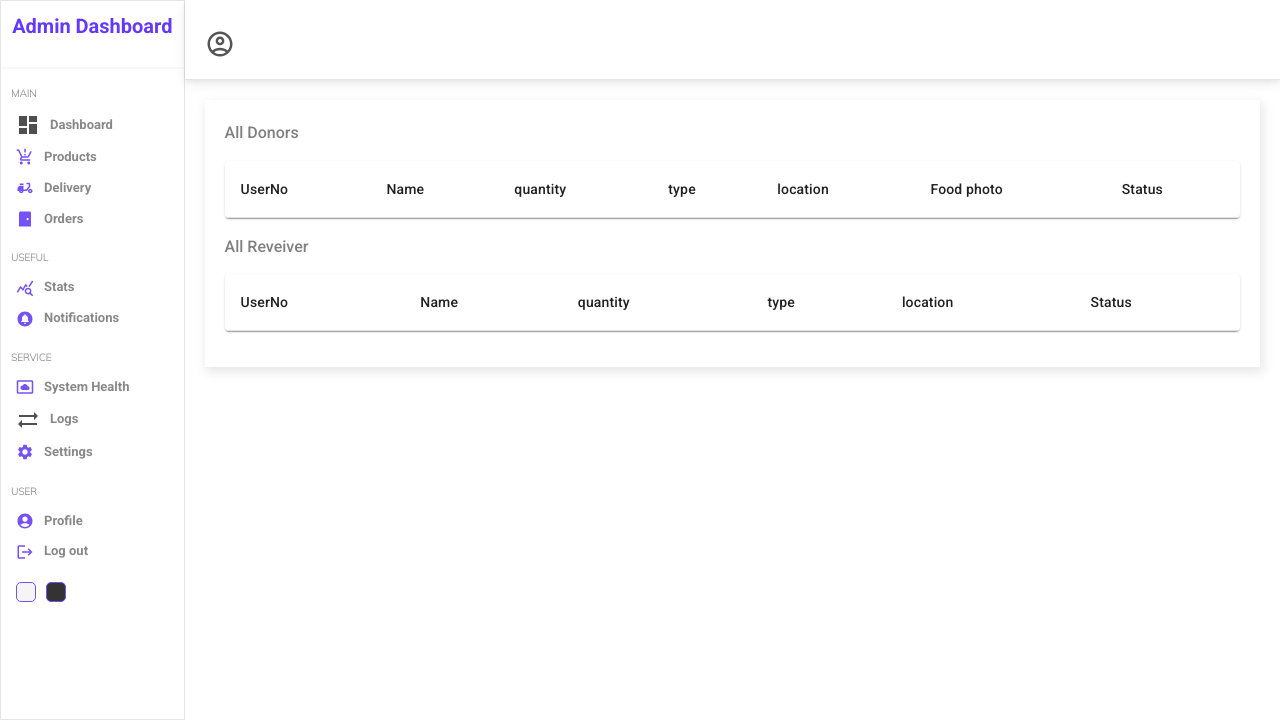
Repository: psbro/beta03_hackoverdose
Page: /dashboard/admin (app in frontend/annaseva/)
An editor plug-in stored every save of this project. The page is shown before and after the next save, followed by the edit.
The browser window is 1280 px wide. The pictures show the whole page.
The page's requests for data from a server got no answer. The project was rebuilt for these pictures with package versions that can differ from the ones it lists, and the page was loaded fresh each time. No one was signed in, and anything a server would have sent is missing. Also part of the build but not shown: frontend/annaseva/src/Home/components/Nav.js, frontend/annaseva/src/Home/components/main_box/Main_box.jsx, frontend/annaseva/src/Home/components/main__components/Main__components.jsx, frontend/annaseva/src/Home/pages/Main.jsx, frontend/annaseva/src/Home/components/Aim/Aim__components.jsx, frontend/annaseva/src/Home/pages/Aim.jsx, frontend/annaseva/src/Home/components/gallery__components/Gallery__components.jsx, frontend/annaseva/src/Home/pages/Gallery.jsx and 38 more.

Above is the page before, as saved 2022-12-04 00:20:21.

### frontend/annaseva/src/dashboard__user/Dashboard__user.jsx
import React from 'react'
// import Home from "../../src/dashboard__user/pages/home/Home"
import Home from "./pages/home/Home"

const Dashboard__user = () => {
    return (
        <div>
            <Home />
        </div>
    )
}

export default Dashboard__user

### frontend/annaseva/src/Home/Home.scss
// Imports
 @import url('https://fonts.googleapis.com/css2?family=Abril+Fatface&family=DM+Sans:ital,wght@0,400;0,500;0,700;1,400;1,500&family=Lato:wght@400;700&family=Lobster&family=Montserrat:ital,wght@0,100;0,300;0,400;0,800;1,100&family=Mulish:wght@200&family=Noto+Sans:ital,wght@1,200&family=Nunito:ital,wght@0,200;0,300;0,400;0,500;0,700;0,800;0,900;1,200;1,300;1,400;1,500;1,600;1,700;1,800;1,900&family=Oswald:wght@200;300;400&family=PT+Serif&family=Poppins:ital,wght@0,200;0,600;1,500&family=Quicksand:wght@300;400;500;600;700&family=Roboto:ital,wght@0,100;0,300;0,400;1,300&family=Spline+Sans:wght@300&display=swap');

// Variables
$heading: 'Roboto', sans-serif;
$sub-heading:  'Mulish', sans-serif;
$button: "Saira Condensed",
sans-serif;



:root {
    --heading-size      : 64px;
    --sub-heading-size  : 20px;
    // --main-color: #edbb5f;
    --main-color        : #8D775F;

    // --secondary-color: #644204;
    --secondary-color   : #F1F0CC;
    --black             : #fff;
    --white             : #8D775F;
    --side-margin       : 10%;
    --top-margin        : 5%;
    --para-text         : #e5e5e5;

    // --secondary-color: #002626;
    // --secondary-color: #644204;
    // --main-color: #f0f7ee;
    // --main-color: #edbb5f;
    --duration    : 1s;
    --nav-duration: calc(var(--duration) / 4);
    --ease        : cubic-bezier(0.215, 0.61, 0.355, 1);
    --space       : 1rem;
    --font-primary: $sub-heading;
    --font-heading: $heading;
    --font-size   : 1.125rem;
    --line-height : 1.5;

    @media screen and (max-width: 768px) {
        --side-margin: 5%;
    }
}

// Initialisation
* {
    margin    : 0;
    padding   : 0;
    box-sizing: border-box;
}

body {
    position        : relative;
    width           : 100%;
    min-height      : 100vh;
    overflow-x      : hidden;
    color           : var(--black);
    background-color: var(--white);
}

main {
    position: relative;
    width   : 100%;
}

h1 {
    font-family   : $heading;
    font-weight   : 700;
    text-transform: uppercase;
    font-size     : var(--heading-size);
    line-height   : 1.4em;

    @media screen and (max-width: 768px) {
        font-size: calc(var(--heading-size) * 0.6);
    }
}

h3 {
    font-family   : $sub-heading;
    font-weight   : 700;
    text-transform: uppercase;
    font-size     : var(--sub-heading-size);
    letter-spacing: 2px;
    line-height   : 1.8em;
}

p {
    font-family: $sub-heading;
    font-weight: 400;
    font-size  : var(--sub-heading-size);
    line-height: 1.8em;
}

@mixin button-style($color, $text-color) {
    border     : 3px solid $color;
    width      : 180px;
    height     : 50px;
    display    : grid;
    place-items: center;
    color      : var(--white);
    font-size  : var(--sub-heading-size);
    font-family: $button;
    margin-left: auto;
}

$green : #fca311;

// ::-webkit-scrollbar {
//     background: rgba($green, 0.2);
//     height    : 16px;
//     width     : 16px;

//     &:disabled {
//         background: transparent;
//     }
// }

// ::-webkit-scrollbar-track {
//     height: 20px;
//     width : 20px;
// }

// ::-webkit-scrollbar-thumb {
//     background   : rgba($green, 0.8);
//     border-radius: 20px;

//     &:hover {
//         background: rgba($green, 0.9);
//     }

//     &:active {
//         background: rgba($green, 1);
//     }
// }

// ::-webkit-scrollbar-thumb:window-inactive {
//     background: rgba($green, 0.2);
// }

### frontend/annaseva/src/dashboard__user/pages/home/Home.jsx
import React from 'react'
import Chart from '../../components/chart/Chart'
import Featured from '../../components/featured/Featured'
import Nav from '../../components/navbar/Nav'
import Sidebar from '../../components/sidebar/Sidebar'
import TableX from '../../components/Table/Table'
import TableX2 from '../../components/Table/Table2'
import Widget from '../../components/widgets/Widget'
import './Home.scss'

const Home = () => {
  return (
    <>
      <div className="home">
        <Sidebar />
        <div className="homeContainer">
          <Nav />

          {/* <div className="widgets">
            <Widget type="user" />
            <Widget type="order" />
            <Widget type="earning" />
            <Widget type="balance" />
          </div> */}
{/*
          <div className="charts">
            <Featured />
            <Chart title="Last 2 quarters (Revenue)" aspect={2 / 1} />
          </div> */}

          <div className="listContainer">
            <div className="listTitle">All Donors</div>
            <TableX />
            <div className="listTitle">All Reveiver</div>
            <TableX2 />

          </div>
        </div>
      </div>
    </>
  )
}

export default Home

### frontend/annaseva/src/dashboard/pages/home/Home.scss
.home {
    display: flex;

    .homeContainer {
        flex: 6;

        .widgets,
        .charts {
            display: flex;
            padding: 20px;
            gap    : 20px;
        }

        .charts {
            padding: 5px 20px;
        }

        .listContainer {
            padding   : 20px;
            margin    : 20px;
            box-shadow: 2px 4px 10px 1px rgba(201, 201, 201, 0.47);

            .listTitle {
                font-weight  : 500;
                color        : gray;
                margin-bottom: 15px;
            }
        }
    }
}

### frontend/annaseva/src/dashboard__user/components/navbar/Nav.jsx
import React from 'react'
import './Nav.scss'
import SearchIcon from '@mui/icons-material/Search';
import LanguageIcon from '@mui/icons-material/Language';
import DarkModeOutlinedIcon from '@mui/icons-material/DarkModeOutlined';
import FullscreenExitOutlinedIcon from '@mui/icons-material/FullscreenExitOutlined';
import NotificationsNoneOutlinedIcon from '@mui/icons-material/NotificationsNoneOutlined';
import ChatBubbleOutlineOutlinedIcon from '@mui/icons-material/ChatBubbleOutlineOutlined';
import ListOutlinedIcon from '@mui/icons-material/ListOutlined';
import AccountCircleOutlinedIcon from '@mui/icons-material/AccountCircleOutlined';


const Nav = () => {
  return (
    <div className="navbar">
      <div className="wrapper">



        <div className="items">



          {/* <div className="item">
            <DarkModeOutlinedIcon className="icon" />
          </div>

          <div className="item">
            <FullscreenExitOutlinedIcon className="icon" />
          </div>

          <div className="item">
            <NotificationsNoneOutlinedIcon className="icon" />
            <div className="counter">1</div>
          </div>

          <div className="item">
            <ChatBubbleOutlineOutlinedIcon className="icon" />
            <div className="counter">2</div>
          </div>

          <div className="item">
            <ListOutlinedIcon className="icon" />
          </div> */}

          <div className="item">
            <AccountCircleOutlinedIcon className="avatar" />
          </div>


        </div>


      </div>
    </div>
  )
}

export default Nav

### frontend/annaseva/src/dashboard__user/components/sidebar/Sidebar.jsx
import React from 'react'
import './Sidebar.scss'
import DashboardIcon from '@mui/icons-material/Dashboard';
import PeopleOutlineOutlinedIcon from '@mui/icons-material/PeopleOutlineOutlined';
import ProductionQuantityLimitsIcon from '@mui/icons-material/ProductionQuantityLimits';
import DeliveryDiningIcon from '@mui/icons-material/DeliveryDining';
import QueryStatsIcon from '@mui/icons-material/QueryStats';
import CircleNotificationsIcon from '@mui/icons-material/CircleNotifications';
import SettingsSystemDaydreamIcon from '@mui/icons-material/SettingsSystemDaydream';
import SyncAltIcon from '@mui/icons-material/SyncAlt';
import SettingsIcon from '@mui/icons-material/Settings';
import AccountCircleIcon from '@mui/icons-material/AccountCircle';
import LogoutIcon from '@mui/icons-material/Logout';
import SensorDoorIcon from '@mui/icons-material/SensorDoor';
import { Link } from 'react-router-dom';

const Sidebar = () => {
    return (

        <div className="sidebar">

            <div className="top">

                <Link to="/dashboard/user" style={{ textDecoration: "none" }}>
                    <span className="logo">Admin Dashboard</span>
                </Link>

            </div>

            <hr />

            <div className="center">
                <ul>
                    <p className="title">MAIN</p>
                    <li>
                        <DashboardIcon />
                        <span>Dashboard</span>
                    </li>




                    <Link to="/products" style={{ textDecoration: "none" }}>
                        <li>
                            <ProductionQuantityLimitsIcon className="icon" />
                            <span>Products</span>
                        </li>
                    </Link>


                    <li>
                        <DeliveryDiningIcon className="icon" />
                        <span>Delivery</span>
                    </li>

                    <li>
                        <SensorDoorIcon className="icon" />
                        <span>Orders</span>
                    </li>


                    <p className="title">USEFUL</p>

                    <li>
                        <QueryStatsIcon className="icon" />
                        <span>Stats</span>
                    </li>


                    <li>
                        <CircleNotificationsIcon className="icon" />
                        <span>Notifications</span>
                    </li>

                    <p className="title">SERVICE</p>

                    <li>
                        <SettingsSystemDaydreamIcon className="icon" />
                        <span>System Health</span>
                    </li>


                    <li>
                        <SyncAltIcon />
                        <span>Logs</span>
                    </li>

                    <li>
                        <SettingsIcon className="icon" />
                        <span>Settings</span>
                    </li>

                    <p className="title">USER</p>

                    <li>
                        <AccountCircleIcon className="icon" />
                        <span>Profile</span>
                    </li>

                    <li>
                        <LogoutIcon className="icon" />
                        <span>Log out</span>
                    </li>
                </ul>
            </div>

            <div className="bottom">
                <div className="colorOption"></div>
                <div className="colorOption"></div>
            </div>

        </div>

    )
}

export default Sidebar

### frontend/annaseva/src/dashboard__user/components/Table/Table2.jsx
import React from 'react'
import './table.scss'
import Table from '@mui/material/Table';
import TableBody from '@mui/material/TableBody';
import TableCell from '@mui/material/TableCell';
import TableContainer from '@mui/material/TableContainer';
import TableHead from '@mui/material/TableHead';
import TableRow from '@mui/material/TableRow';
import Paper from '@mui/material/Paper';
import axios from 'axios';
import { useEffect } from 'react';
import { Pending } from '@mui/icons-material';
import Button from '@mui/material/Button';




const TableX2 = () => {


    const [data, setData] = React.useState([]);
    const handleupdate= async (data)=>{
        let long = {
            receiverNo: data,
            isVerify: "Yes"
        }
        let info = await axios.put(`http://localhost:8000/receiver/update`, long);
        alert("updated sucessfully")
        window.location.reload();

    }
    const loadData = async () => {
        let info = await axios.get(`http://localhost:8000/receiver/all`);
        setData(info.data);
        console.log(data)
    }
    useEffect(() => {
        loadData()
    }, '')

    return (
        <div className='table'>
            <TableContainer component={Paper} className="table">
                <Table sx={{ minWidth: 650 }} aria-label="simple table">
                    <TableHead>
                        <TableRow>
                            <TableCell className='tableCell'>UserNo</TableCell>
                            <TableCell className='tableCell'>Name</TableCell>
                            <TableCell className='tableCell'>quantity</TableCell>
                            <TableCell className='tableCell'>type</TableCell>
                            <TableCell className='tableCell'>location</TableCell>
                            {/* <TableCell className='tableCell'>Payment Method</TableCell> */}
                            <TableCell className='tableCell'>Status</TableCell>
                        </TableRow>
                    </TableHead>
                    <TableBody>
                        {data.map((row) => (
                            <TableRow
                                key={row.id}
                            >
                                {/* <TableCell>{row.id}</TableCell> */}
                                <TableCell className='tableCell'>{row.userNo}</TableCell>
                                <TableCell className='tableCell'>{row.name}</TableCell>
                                <TableCell className='tableCell'>{row.quantity}</TableCell>

                                <TableCell className='tableCell'>{row.type}</TableCell>
                                <TableCell className='tableCell'>{row.location}</TableCell>
                                {/* <TableCell className='tableCell'>{row.method}</TableCell> */}
                                <TableCell className='tableCell'>
                                    {row.isVerify=="No" && <Button  onClick={()=>handleupdate(row.receiverNo)} >Verify</Button>}
                                    {row.isVerify=="Yes" && <span className={`status Approved`}>Approved</span>}
                                    {/* <span className={`status Pending`}>{row.isVerify}</span> */}
                                </TableCell>
                            </TableRow>
                        ))}
                    </TableBody>
                </Table>
            </TableContainer>
        </div>
    )
}

export default TableX2;

### frontend/annaseva/src/dashboard__user/pages/home/Home.scss
.home {
    display: flex;

    .homeContainer {
        flex: 6;

        .widgets,
        .charts {
            display: flex;
            padding: 20px;
            gap    : 20px;
        }

        .charts {
            padding: 5px 20px;
        }

        .listContainer {
            padding   : 20px;
            margin    : 20px;
            box-shadow: 2px 4px 10px 1px rgba(201, 201, 201, 0.47);

            .listTitle {
                font-weight  : 500;
                color        : gray;
                margin-bottom: 15px;
            }
        }
    }
}

### frontend/annaseva/src/dashboard/components/sidebar/Sidebar.scss
.sidebar {
    flex            : 1;
    border          : 0.5px solid rgb(230, 227, 227);
    min-height      : 100vh;
    background-color: white;

    .top {
        height         : 50px;
        display        : flex;
        justify-content: center;
        align-items    : center;

        .logo {
            font-size  : 20px;
            font-weight: bold;
            color      : #6439ff
        }
    }

    hr {
        height: 0;
        border: 0.5px solid rgb(230, 227, 227);
    }

    .center {
        padding-left: 10px;

        ul {
            list-style: none;
            margin    : 0;
            padding   : 0;

            .title {
                font-size    : 10px;
                font-weight  : bold;
                color        : #999;
                margin-top   : 15px;
                margin-bottom: 5px;
            }

            li {
                display    : flex;
                align-items: center;
                padding    : 5px;
                cursor     : pointer;

                &:hover {
                    background-color: #ece8ff;
                }

                .icon {
                    font-size: 18px;
                    color    : #7451f8;
                }

                span {
                    font-size  : 13px;
                    font-weight: bold;
                    color      : #888;
                    margin-left: 10px;
                }
            }
        }
    }

    .bottom {
        display    : flex;
        align-items: center;
        margin     : 10px;

        .colorOption {
            margin       : 5px;
            height       : 20px;
            width        : 20px;
            border-radius: 5px;
            border       : 1px solid #7451f8;
            cursor       : pointer;

            &:nth-child(1) {
                background-color: whitesmoke;
            }

            &:nth-child(2) {
                background-color: #333;
            }

            &:nth-child(3) {
                background-color: darkblue;
            }
        }

    }


}

### frontend/annaseva/src/dashboard/components/navbar/Nav.scss
.navbar {
    height       : 80px;
    border-bottom: 0.5px solid rgb(230, 227, 227);
    display      : flex;
    align-items  : center;
    color        : #555;
    font-size    : 14px;

    .wrapper {
        padding        : 20px;
        display        : flex;
        align-items    : center;
        width          : 100%;
        justify-content: space-between;

        .search {
            display    : flex;
            align-items: center;
            border     : 0.5px lightgray;
            padding    : 3px;

            input {
                border : none;
                outline: none;
                background: transparent;

                &::placeholder{
                    font-size: 12px;
                }
            }
        }

        .items {
            display: flex;
            align-items: center;

            .item{
                display: flex;
                align-items: center;
                margin-right: 20px;
                position: relative;

                .icon{
                    font-size: 20px;
                }

                .avatar{
                    width: 30px;
                    height: 30px;
                }

                .counter{
                    width: 15px;
                    height: 15px;
                    background-color: red;
                    border-radius: 50%;
                    color: white;
                    display: flex;
                    align-items: center;
                    justify-content: center;
                    font-size: 10px;
                    font-weight: bold;
                    position: absolute;
                    top: -5px;
                    right: -5px;
                }
            }
        }
    }
}

### frontend/annaseva/src/dashboard__user/components/navbar/Nav.scss
.navbar {
    height       : 80px;
    border-bottom: 0.5px solid rgb(230, 227, 227);
    display      : flex;
    align-items  : center;
    color        : #555;
    font-size    : 14px;

    .wrapper {
        padding        : 20px;
        display        : flex;
        align-items    : center;
        width          : 100%;
        justify-content: space-between;

        .search {
            display    : flex;
            align-items: center;
            border     : 0.5px lightgray;
            padding    : 3px;

            input {
                border : none;
                outline: none;
                background: transparent;

                &::placeholder{
                    font-size: 12px;
                }
            }
        }

        .items {
            display: flex;
            align-items: center;

            .item{
                display: flex;
                align-items: center;
                margin-right: 20px;
                position: relative;

                .icon{
                    font-size: 20px;
                }

                .avatar{
                    width: 30px;
                    height: 30px;
                }

                .counter{
                    width: 15px;
                    height: 15px;
                    background-color: red;
                    border-radius: 50%;
                    color: white;
                    display: flex;
                    align-items: center;
                    justify-content: center;
                    font-size: 10px;
                    font-weight: bold;
                    position: absolute;
                    top: -5px;
                    right: -5px;
                }
            }
        }
    }
}

### frontend/annaseva/src/dashboard__user/components/sidebar/Sidebar.scss
.sidebar {
    flex            : 1;
    border          : 0.5px solid rgb(230, 227, 227);
    min-height      : 100vh;
    background-color: white;

    .top {
        height         : 50px;
        display        : flex;
        justify-content: center;
        align-items    : center;

        .logo {
            font-size  : 20px;
            font-weight: bold;
            color      : #6439ff
        }
    }

    hr {
        height: 0;
        border: 0.5px solid rgb(230, 227, 227);
    }

    .center {
        padding-left: 10px;

        ul {
            list-style: none;
            margin    : 0;
            padding   : 0;

            .title {
                font-size    : 10px;
                font-weight  : bold;
                color        : #999;
                margin-top   : 15px;
                margin-bottom: 5px;
            }

            li {
                display    : flex;
                align-items: center;
                padding    : 5px;
                cursor     : pointer;

                &:hover {
                    background-color: #ece8ff;
                }

                .icon {
                    font-size: 18px;
                    color    : #7451f8;
                }

                span {
                    font-size  : 13px;
                    font-weight: bold;
                    color      : #888;
                    margin-left: 10px;
                }
            }
        }
    }

    .bottom {
        display    : flex;
        align-items: center;
        margin     : 10px;

        .colorOption {
            margin       : 5px;
            height       : 20px;
            width        : 20px;
            border-radius: 5px;
            border       : 1px solid #7451f8;
            cursor       : pointer;

            &:nth-child(1) {
                background-color: whitesmoke;
            }

            &:nth-child(2) {
                background-color: #333;
            }

            &:nth-child(3) {
                background-color: darkblue;
            }
        }

    }


}

Loaded but not shown: frontend/annaseva/public/index.html (common file); frontend/annaseva/src/App.js (26 lines, source omitted); frontend/annaseva/src/index.js (13 lines, source omitted); frontend/annaseva/src/dashboard__user/components/Table/Table.jsx (113 lines, source omitted)

After the next save:
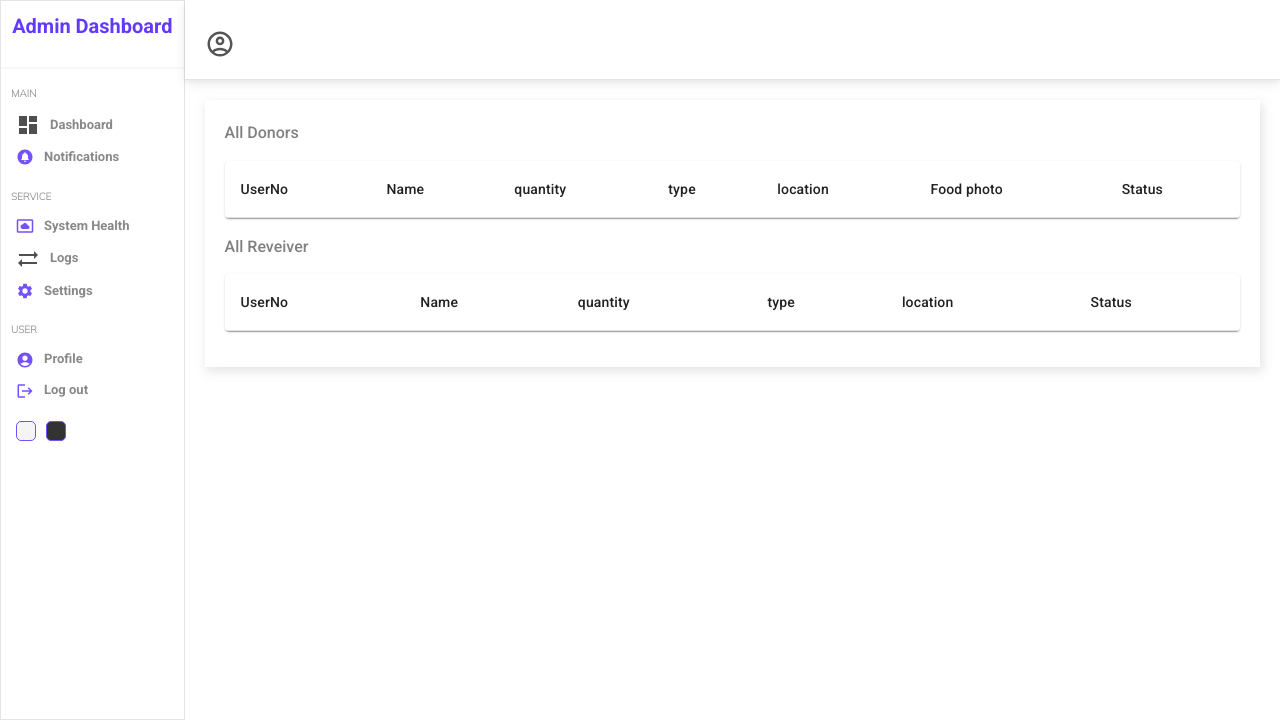
Saved 12 s later.
--- a/frontend/annaseva/src/dashboard__user/components/sidebar/Sidebar.jsx
+++ b/frontend/annaseva/src/dashboard__user/components/sidebar/Sidebar.jsx
@@ -40,31 +40,6 @@ const Sidebar = () => {
 
 
 
-                    <Link to="/products" style={{ textDecoration: "none" }}>
-                        <li>
-                            <ProductionQuantityLimitsIcon className="icon" />
-                            <span>Products</span>
-                        </li>
-                    </Link>
-
-
-                    <li>
-                        <DeliveryDiningIcon className="icon" />
-                        <span>Delivery</span>
-                    </li>
-
-                    <li>
-                        <SensorDoorIcon className="icon" />
-                        <span>Orders</span>
-                    </li>
-
-
-                    <p className="title">USEFUL</p>
-
-                    <li>
-                        <QueryStatsIcon className="icon" />
-                        <span>Stats</span>
-                    </li>
 
 
                     <li>
